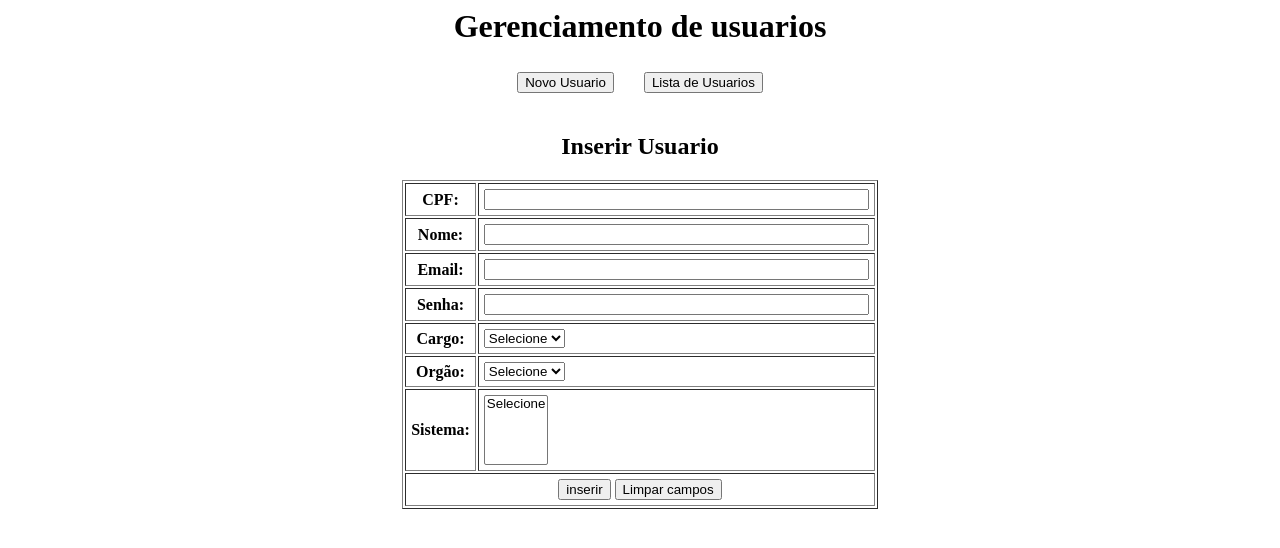
Repository: MarceloLopes22/DesafioInvia
Page: http://localhost/desafioInvia/novoUsuario.jsp
An editor plug-in stored every save of this project. The page is shown before and after the next save, followed by the edit.
The browser window is 1280 px wide. The pictures show the whole page.
Some web libraries are served in a nearby version. The page is served by Tomcat 9. The template is opened directly, without the code that normally fills it, so the values that code supplies are empty.

Above is the page before, as saved 2020-03-31 01:41:48.

After the next save:
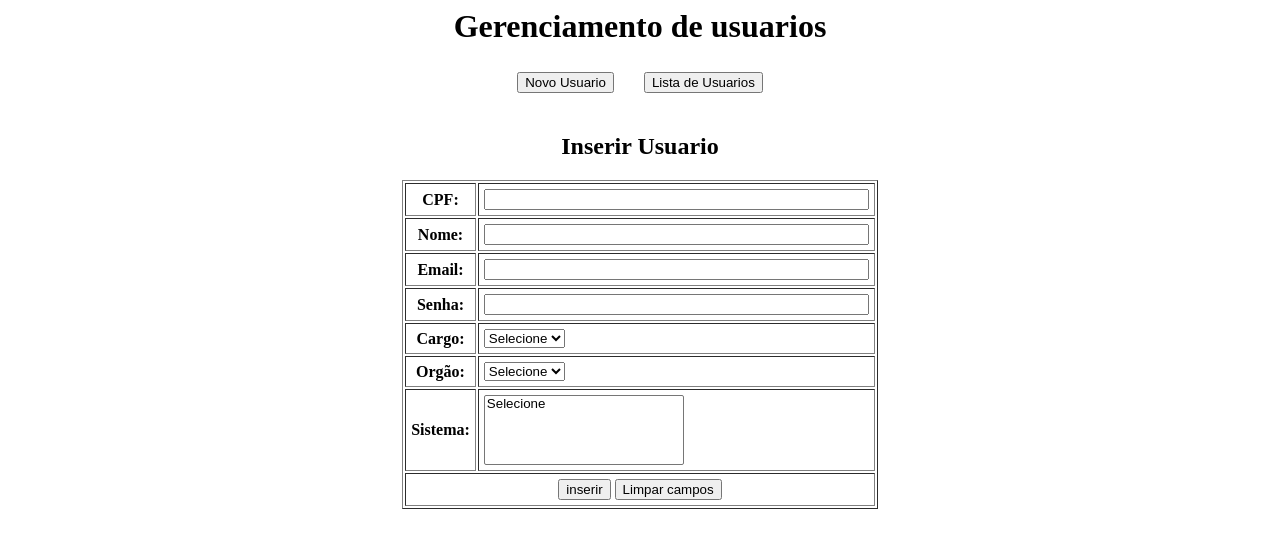
Saved 94 s later.
--- a/workspace/desafioInvia/src/main/webapp/novoUsuario.jsp
+++ b/workspace/desafioInvia/src/main/webapp/novoUsuario.jsp
@@ -144,7 +144,7 @@ $(window).on('load', function() {
 					<c:choose>
 						<c:when test="${usuario.cpf == null}">
 							<td>
-								<select name="sistema" multiple="multiple" style="widows: 200px;">
+								<select name="sistema" multiple="multiple" style="width: 200px;">
 									<option>Selecione</option>
 								    <c:forEach items="${sistemas}" var="c">
 								       <option value="${c.id}">${c.nome}</option>
